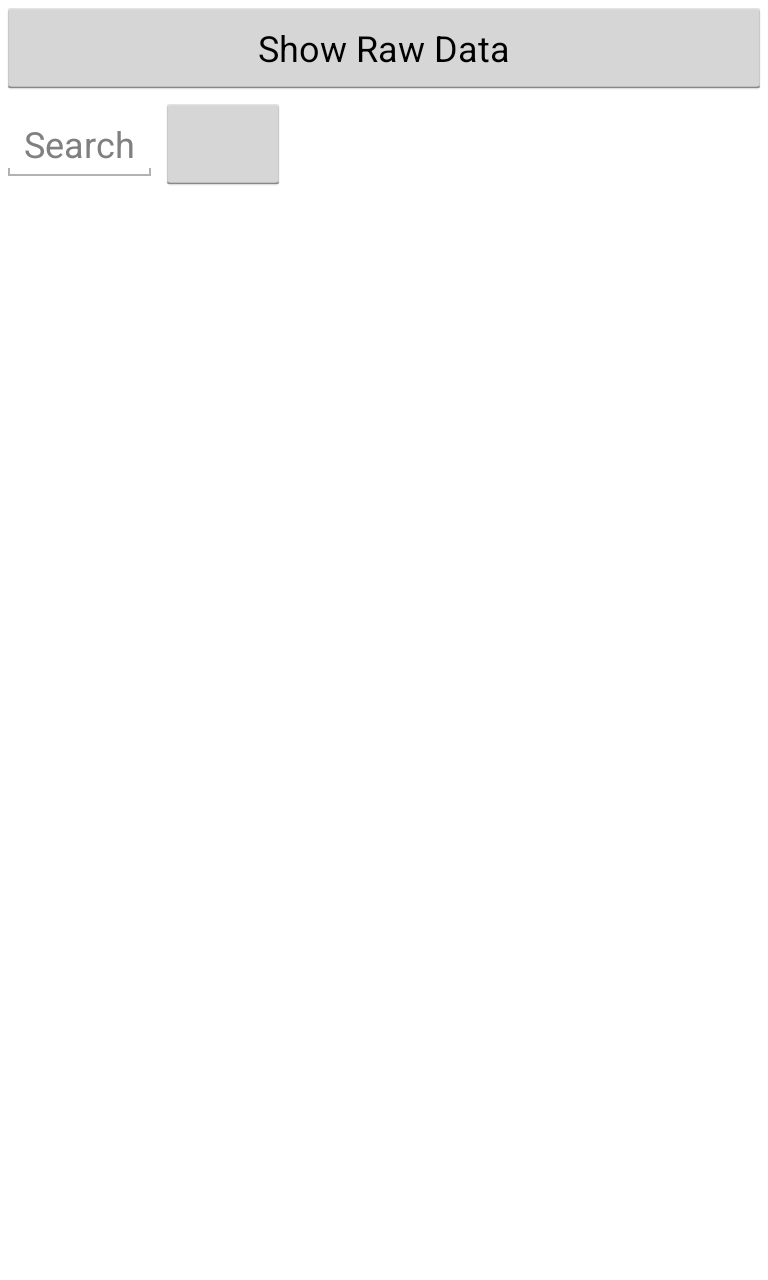
Repository: jemcphe/java1
Layout: teamG.M./TeamGM/res/layout/applayout.xml
An editor plug-in stored every save of this project. The layout is shown before and after the next save, followed by the edit.
It is drawn on a 768 x 1280 px phone screen (xhdpi) without system bars, with theme AppTheme; the app's code is not run.

Above is the layout before, as saved 2013-05-27 00:01:55.

### teamG.M./TeamGM/res/layout/applayout.xml
<?xml version="1.0" encoding="utf-8"?>
<LinearLayout xmlns:android="http://schemas.android.com/apk/res/android"
    android:layout_width="fill_parent"
    android:layout_height="fill_parent"
    android:orientation="vertical" >

    <Button
        android:id="@+id/dataButton"
        android:layout_width="match_parent"
        android:layout_height="wrap_content"
        android:text="@string/show_raw_data" />

    <LinearLayout
        android:id="@+id/searchLayout"
        android:layout_width="fill_parent"
        android:layout_height="wrap_content"
        android:orientation="horizontal" >

        <EditText
            android:id="@+id/searchField"
            android:layout_width="wrap_content"
            android:layout_height="wrap_content"
            android:layout_weight="0"
            android:hint="@string/search" />

        <Button
            android:id="@+id/searchButton"
            android:layout_width="wrap_content"
            android:layout_height="wrap_content" />
    </LinearLayout>

</LinearLayout>

### teamG.M./TeamGM/res/values/strings.xml
<?xml version="1.0" encoding="utf-8"?>
<resources>

    <string name="app_name">Team GM</string>
    <string name="action_settings">Settings</string>
    <string name="hello_world">Hello world!</string>
    <string name="show_raw_data">Show Raw Data</string>
    <string name="search_for_a_team_to_display_and_store_data">Search For A Team To Display And Store Data</string>
    <string name="search_hint">ex. orioles, redsox, etc...</string>
    <string name="go">GO</string>
    <string name="search">Search</string>

</resources>

Loaded but not shown: teamG.M./TeamGM/res/values/styles.xml (common file); teamG.M./TeamGM/res/values-v11/styles.xml (common file); teamG.M./TeamGM/res/values-v14/styles.xml (common file)

After the next save:
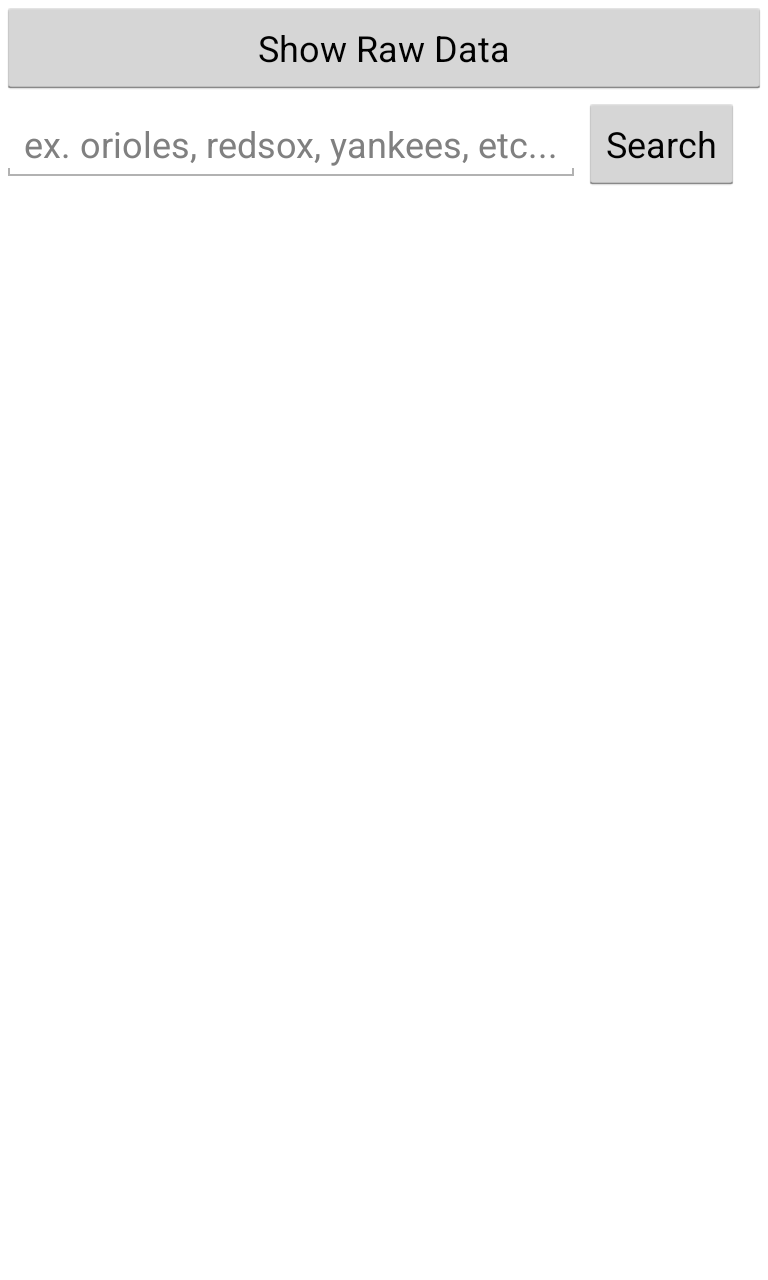
Saved 58 s later.
--- a/teamG.M./TeamGM/res/layout/applayout.xml
+++ b/teamG.M./TeamGM/res/layout/applayout.xml
@@ -21,12 +21,13 @@
             android:layout_width="wrap_content"
             android:layout_height="wrap_content"
             android:layout_weight="0"
-            android:hint="@string/search" />
+            android:hint="ex. orioles, redsox, yankees, etc..." />
 
         <Button
             android:id="@+id/searchButton"
             android:layout_width="wrap_content"
-            android:layout_height="wrap_content" />
+            android:layout_height="wrap_content"
+            android:text="@string/search" />
     </LinearLayout>
 
 </LinearLayout>
